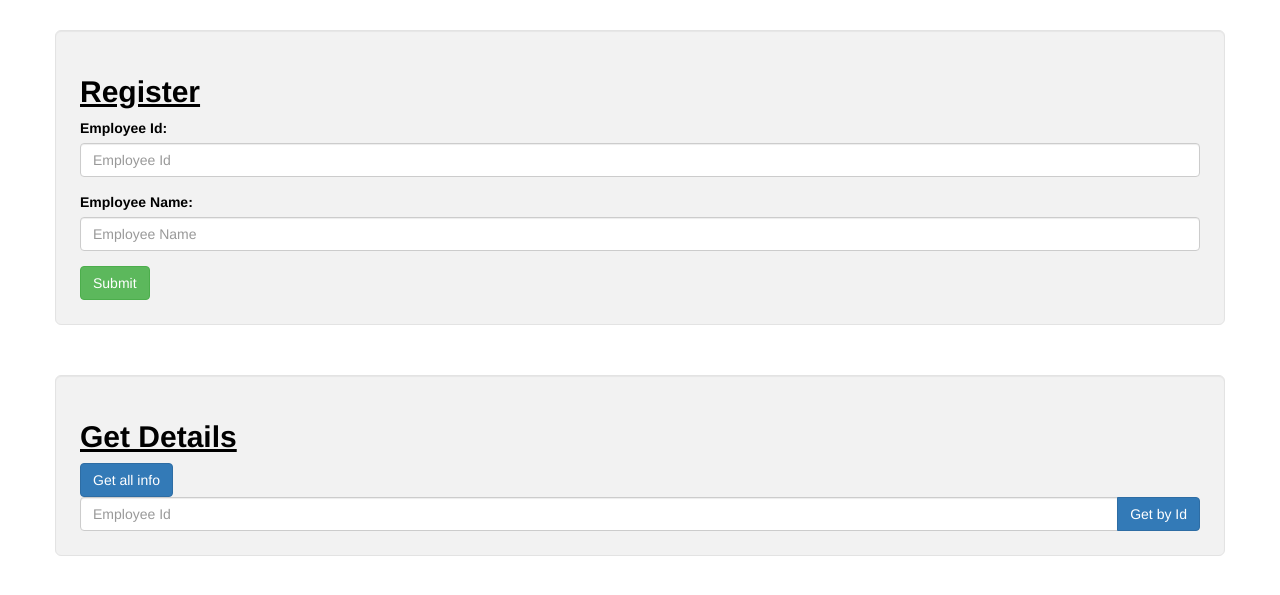
Repository: royakash07/FirstWebApplication
Page: http://localhost/SampleWebApplication/EmployeeProtal.jsp
The author's editor kept a copy of each file at every save. The page is drawn from the files as they stood at one save, then again after the next save.
The browser window is 1280 px wide. The pictures show the whole page.
Some web libraries are served in a nearby version. The page is served by Tomcat 9. Nobody is signed in. The application's start-up code is not run.

Above is the page before, as saved 2017-11-30 05:22:49.

After the next save:
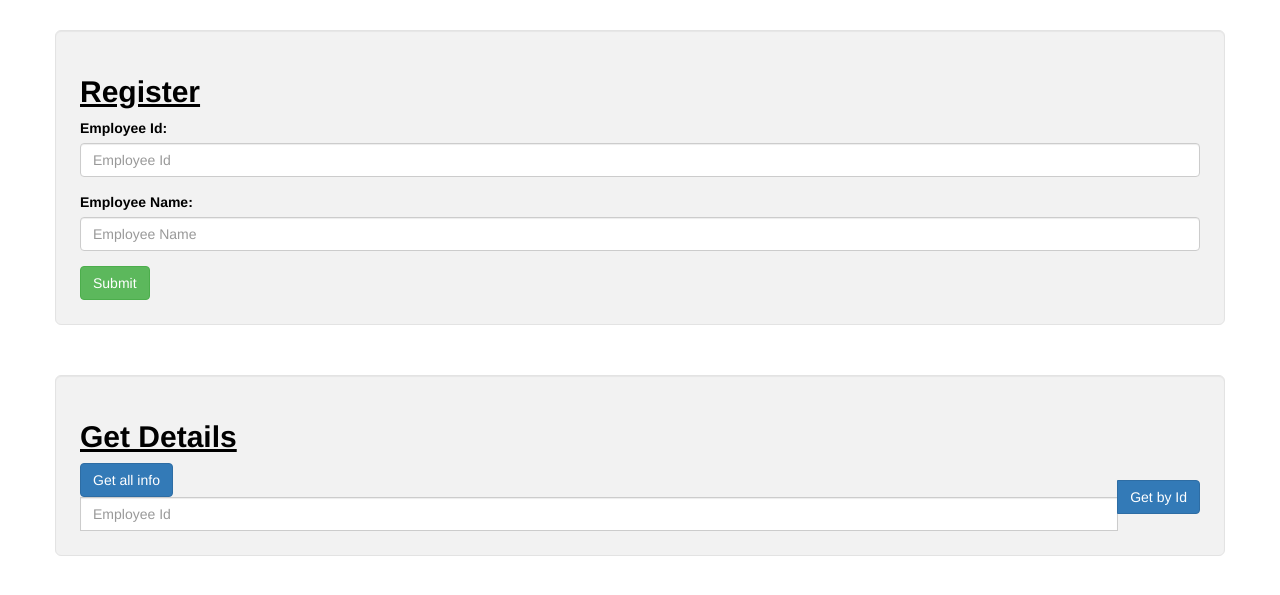
Saved 15 s later.
--- a/SampleWebApplication/WebContent/EmployeeProtal.jsp
+++ b/SampleWebApplication/WebContent/EmployeeProtal.jsp
@@ -38,8 +38,9 @@ background-color:#F2F2F2;
 </div>
 <div class="container well well-lg">
 <h2><strong><u>Get Details</u></strong></h2>
+
+<div class="input-group form-inline">
 <button type="button" class="btn btn-primary" value="getAllDetails">Get all info</button>
-<div class="input-group form-inline">
     <input type="text" placeholder="Employee Id" class="form-control">
 	<span class="input-group-btn">
 	<button type="button" class="btn btn-primary" value="getDetailsById">Get by Id</button>
